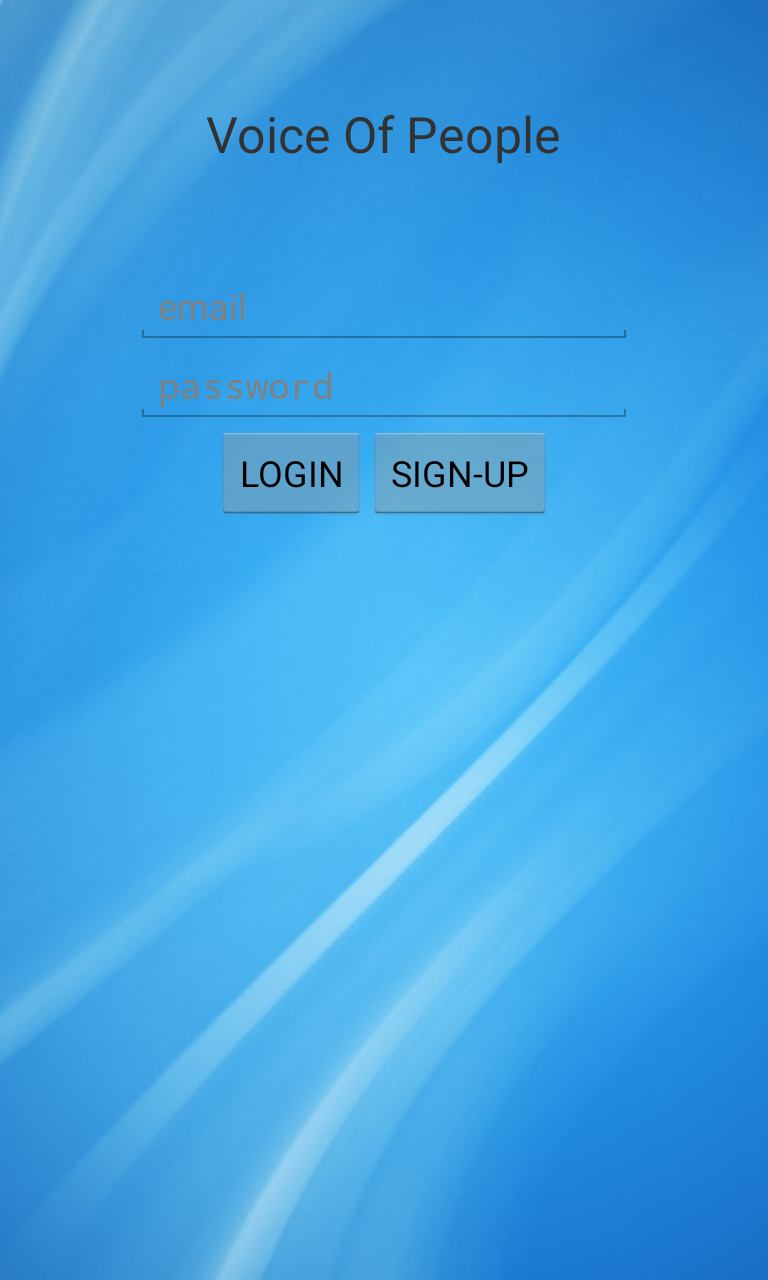
Repository: elvispap/The_Voice_of_People_Android_app
Layout: Voice of People/res/layout/login.xml
An editor plug-in stored every save of this project. The layout is shown before and after the next save, followed by the edit.
It is drawn on a 768 x 1280 px phone screen (xhdpi) without system bars, with theme AppTheme; the app's code is not run.

Above is the layout before, as saved 2014-01-02 16:27:25.

After the next save:
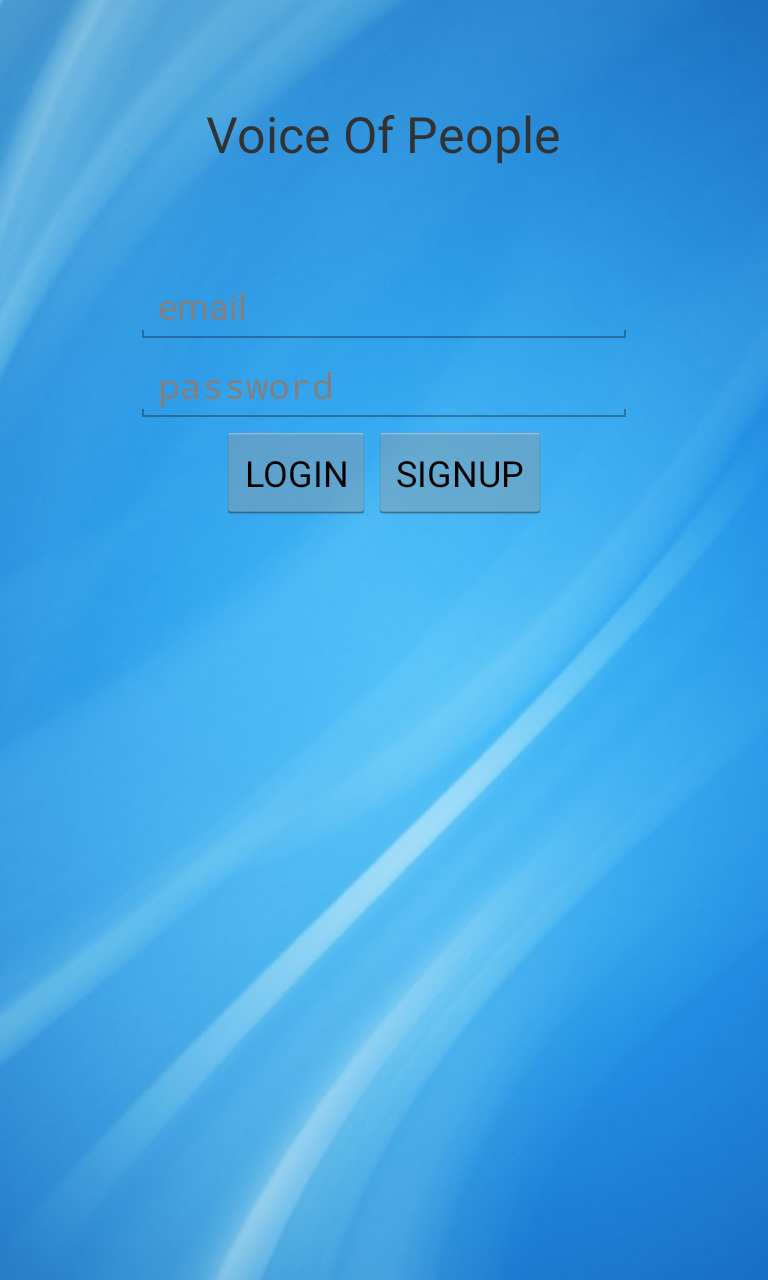
Saved 22 s later.
--- a/Voice of People/res/layout/login.xml
+++ b/Voice of People/res/layout/login.xml
@@ -52,7 +52,7 @@
 		        android:id="@+id/signup_button"
 		        android:layout_width="wrap_content"
 		        android:layout_height="wrap_content"
-		        android:text="SIGN-UP" />
+		        android:text="SIGNUP" />
 	    </LinearLayout>
 
 
